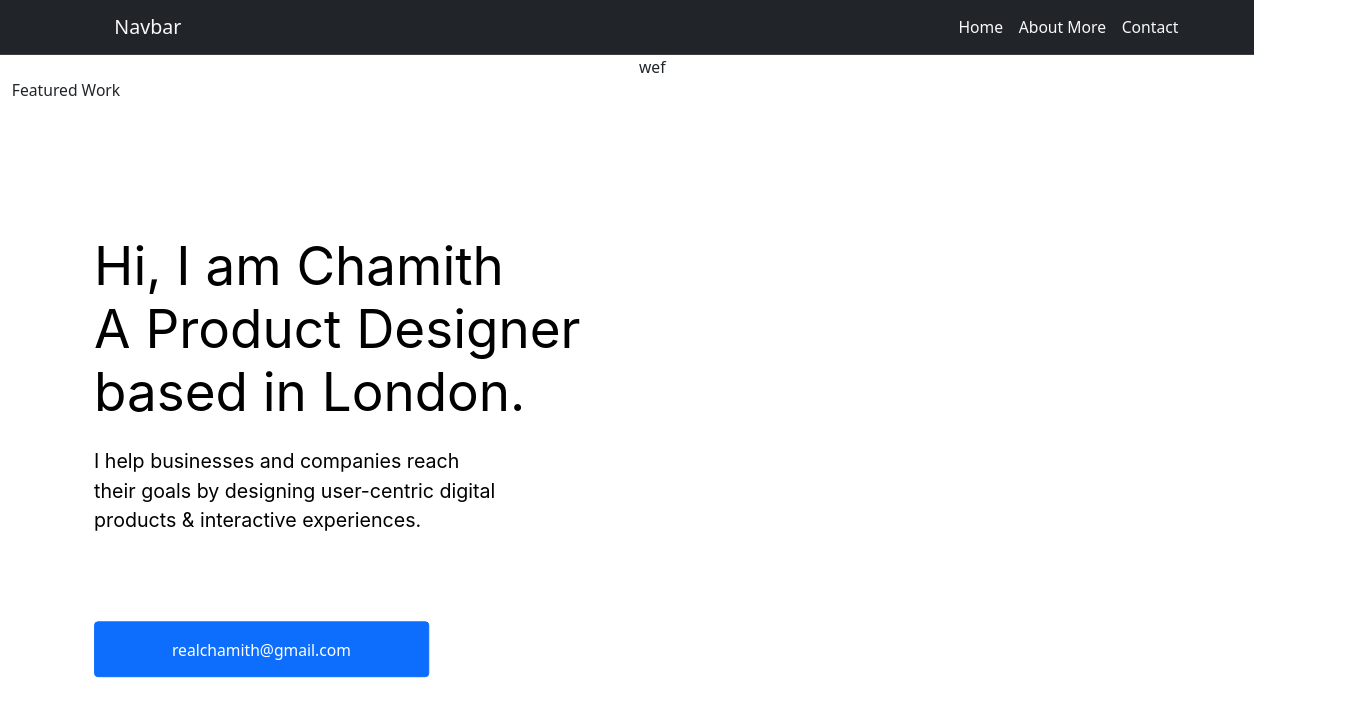
Repository: Realchamithweb/chamith-html
Page: index.html
The author's editor kept a copy of each file at every save. The page is drawn from the files as they stood at one save, then again after the next save.
The browser window is 1280 px wide. The page is 1280 px wide, then 1376 px, so the pictures cover 1376 px, including what lies to the right of the window. The pictures show the whole page, at 98% of full size.

Above is the page before, as saved 2023-01-02 21:03:11.

After the next save:
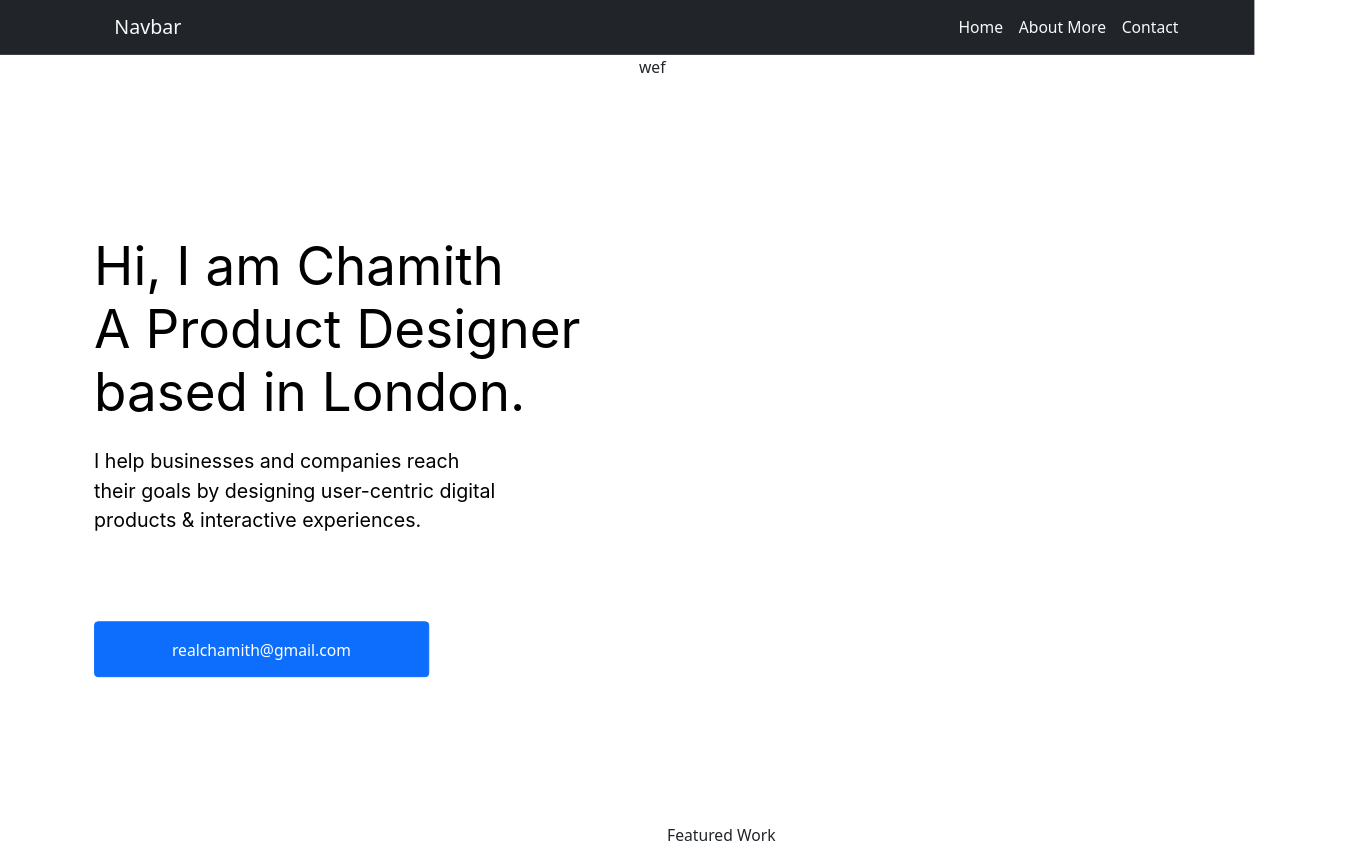
Saved 5 s later.
--- a/css/style.css
+++ b/css/style.css
@@ -43,5 +43,16 @@
 }
 
 .f-row{
+    display: flex;
+flex-direction: row;
+justify-content: center;
+align-items: center;
+padding: 8px;
+gap: 32px;
 
+position: absolute;
+width: 198px;
+height: 48px;
+left: 96px;
+top: 836px;
 }
